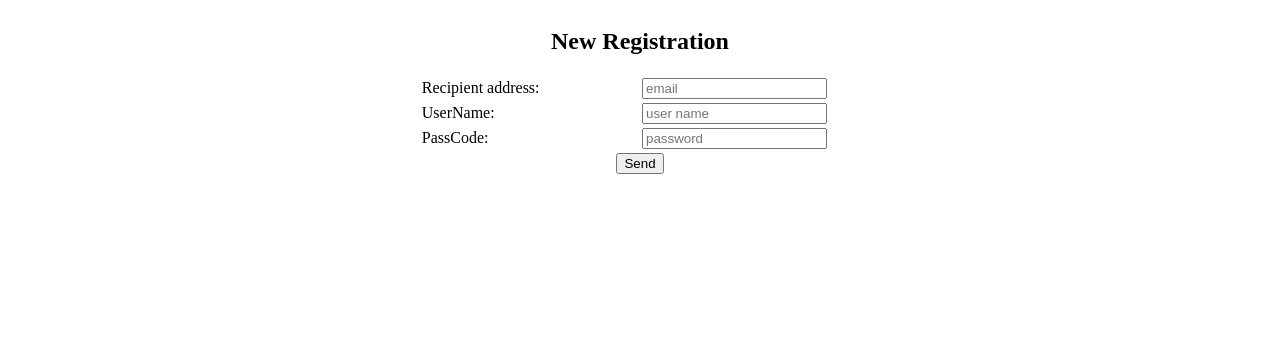
Repository: UnforgivenZZZ/bulldog
Page: http://localhost/bulldog/EmailForm.jsp
These files come from the project's save history. The page is drawn as it stood at one moment and after the next save; the edit follows.
The browser window is 1280 px wide. The pictures show the whole page.
The page is served by Tomcat 9.

Above is the page before, as saved 2017-07-07 08:06:25.

After the next save:
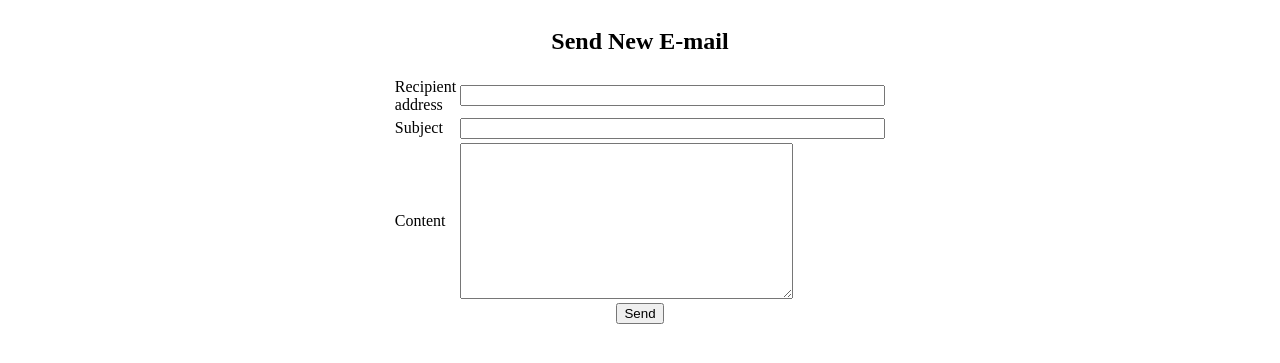
Saved 19 s later.
--- a/bulldog/WebContent/EmailForm.jsp
+++ b/bulldog/WebContent/EmailForm.jsp
@@ -9,18 +9,18 @@
 <body>
     <form action="EmailSendingServlet" method="post">
         <table border="0" width="35%" align="center">
-            <caption><h2>New Registration</h2></caption>
+            <caption><h2>Send New E-mail</h2></caption>
             <tr>
-                <td width="50%">Recipient address: </td>
-                <td><input type="text" placeholder="email" name="contact"></td>
+                <td width="50%">Recipient address </td>
+                <td><input type="text" name="recipient" size="50"/></td>
             </tr>
             <tr>
-                <td>UserName: </td>
-                <td><input type="text" placeholder="user name" name="username"></td>
+                <td>Subject </td>
+                <td><input type="text" name="subject" size="50"/></td>
             </tr>
             <tr>
-                <td>PassCode: </td>
-                <td><input type="text" placeholder="password" name="pin"></td>
+                <td>Content </td>
+                <td><textarea rows="10" cols="39" name="content"></textarea> </td>
             </tr>
             <tr>
                 <td colspan="2" align="center"><input type="submit" value="Send"/></td>
